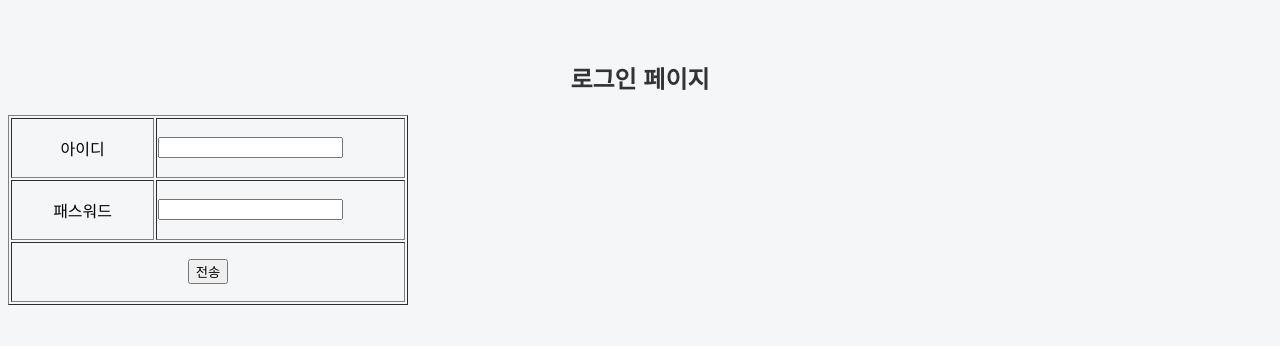
Repository: ohseung-web/OTjsp2026
Page: http://localhost/chapter/RequestLogin.jsp
These files come from the project's save history. The page is drawn as it stood at one moment and after the next save; the edit follows.
The browser window is 1280 px wide. The pictures show the whole page.
The page is served by Tomcat 9.

Above is the page before, as saved 2026-10-17 06:06:25.

### chapter/src/main/webapp/RequestLogin.jsp
<%@ page language="java" contentType="text/html; charset=UTF-8"
    pageEncoding="UTF-8"%>
<!DOCTYPE html>
<html>
<head>
<meta charset="UTF-8">
<title>Insert title here</title>
	<style>
	body {
		font-family: 'Malgun Gothic', sans-serif;
		background-color: #f4f6f8;
	}
	h2 {
		text-align: center;
		margin-top: 60px;
		color: #333;
	}
	.login-table {
		width: 400px;
		margin: 20px auto;
		border-collapse: collapse;
		background-color: #fff;
		box-shadow: 0 2px 8px rgba(0, 0, 0, 0.1);
	}
	.login-table td {
		padding: 12px;
		border: 1px solid #ddd;
	}
	.login-table .label {
		width: 150px;
		text-align: center;
		background-color: #f0f3f6;
		font-weight: bold;
	}
	.login-table input[type="text"],
	.login-table input[type="password"] {
		width: 90%;
		padding: 8px;
		border: 1px solid #ccc;
		border-radius: 4px;
	}
	.login-table input[type="text"]:focus,
	.login-table input[type="password"]:focus {
		outline: none;
		border-color: #4a90e2;
	}
	.login-table input[type="submit"] {
		width: 100%;
		padding: 10px;
		background-color: #4a90e2;
		color: #fff;
		border: none;
		border-radius: 4px;
		font-size: 16px;
		cursor: pointer;
	}
	.login-table input[type="submit"]:hover {
		background-color: #357abd;
	}
</style>
</head>
<body>
	<h2> 로그인 페이지 </h2>
	<!-- form안의 action은 이 페이지에서 작성한 정보를 떠넘겨주는 파일명을 기술하는 공간 -->
	<!-- 코드 한줄 복사 단축키 : Ctrl + Alt + ↓ -->
	<!-- form안의 method은 전송방식을 의미한다. (Get,  Post) -->
	<!-- form안의 전송버튼(submit)을 누르면 action의 RequestloginProc.jsp가 실행된다.  -->
	<!-- 웹에서 사용자로 부터 입력받은 정보는 암호화할수 있는 post방식을 사용한다.  -->
	<form action="RequestloginProc.jsp" method="post">
		<table width="400" border="1">
			<tr height="60">
				<td align="center" width="150">아이디</td>
				<td align="letf" width="250">
					<input type="text" name="id">
				</td>
			</tr>
			<tr height="60">
				<td align="center" width="150">패스워드</td>
				<td align="letf" width="250">
					<input type="password" name="pass">
				</td>
			</tr>
			<tr height="60">
				<td colspan="2" align="center" width="150">
					<input type="submit" value="전송">
				</td>
			</tr>
		</table>
	</form>
</body>
</html>

After the next save:
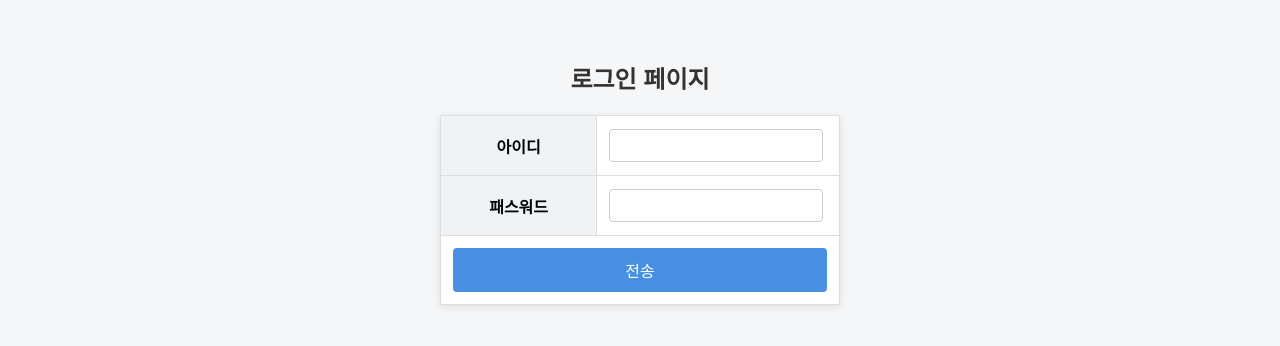
Saved 87 s later.
--- a/chapter/src/main/webapp/RequestLogin.jsp
+++ b/chapter/src/main/webapp/RequestLogin.jsp
@@ -67,15 +67,15 @@
 	<!-- form안의 전송버튼(submit)을 누르면 action의 RequestloginProc.jsp가 실행된다.  -->
 	<!-- 웹에서 사용자로 부터 입력받은 정보는 암호화할수 있는 post방식을 사용한다.  -->
 	<form action="RequestloginProc.jsp" method="post">
-		<table width="400" border="1">
+		<table width="400" border="1" class="login-table">
 			<tr height="60">
-				<td align="center" width="150">아이디</td>
+				<td align="center" width="150" class="label">아이디</td>
 				<td align="letf" width="250">
 					<input type="text" name="id">
 				</td>
 			</tr>
 			<tr height="60">
-				<td align="center" width="150">패스워드</td>
+				<td align="center" width="150" class="label">패스워드</td>
 				<td align="letf" width="250">
 					<input type="password" name="pass">
 				</td>
